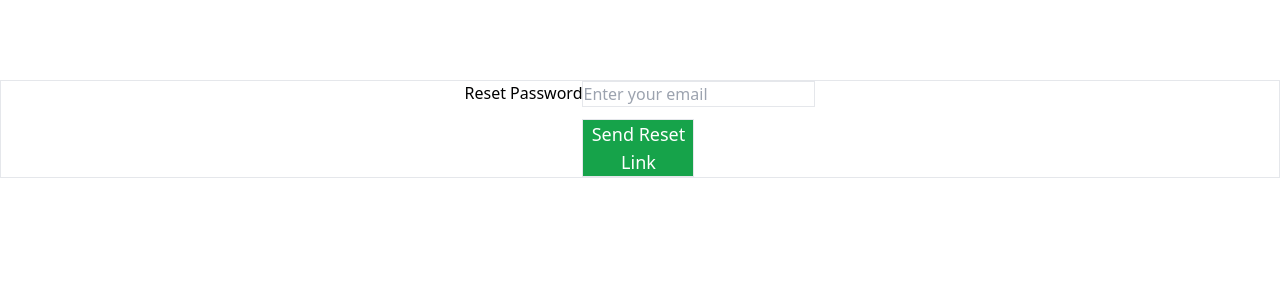
Repository: IssaMuiz/ifarmstock-admin
Page: /forgot-password
An editor plug-in stored every save of this project. The page is shown before and after the next save, followed by the edit.
The browser window is 1280 px wide. The pictures show the whole page.
The project was rebuilt for these pictures with package versions that can differ from the ones it lists, and the page was loaded fresh each time. The framework's server and built-in components were replaced by stand-ins that run in the browser. Also part of the build but not shown: next.config.mjs.

Above is the page before, as saved 2024-09-30 08:14:05.

After the next save:
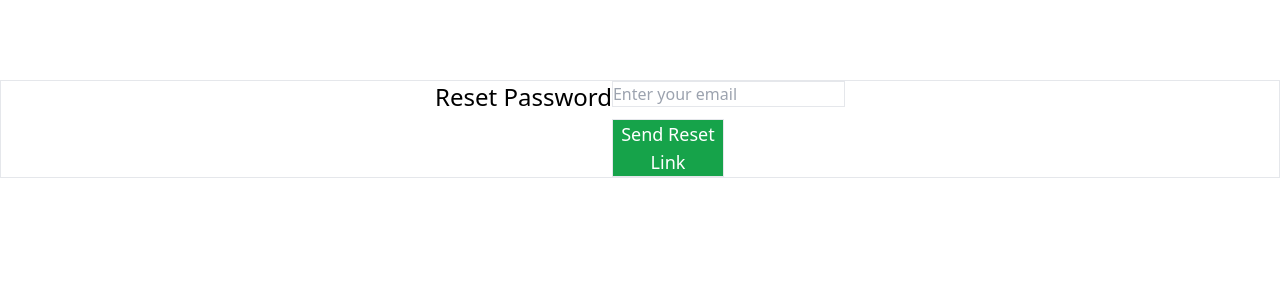
Saved 39 s later.
--- a/app/forgot-password/page.tsx
+++ b/app/forgot-password/page.tsx
@@ -28,7 +28,7 @@ const ForgotPassword = () => {
   };
   return (
     <div className="flex justify-center border mt-20">
-      <h2>Reset Password</h2>
+      <h2 className="text-2xl">Reset Password</h2>
       <form className="flex flex-col gap-3" onSubmit={handleSubmit}>
         <input
           className="border"
